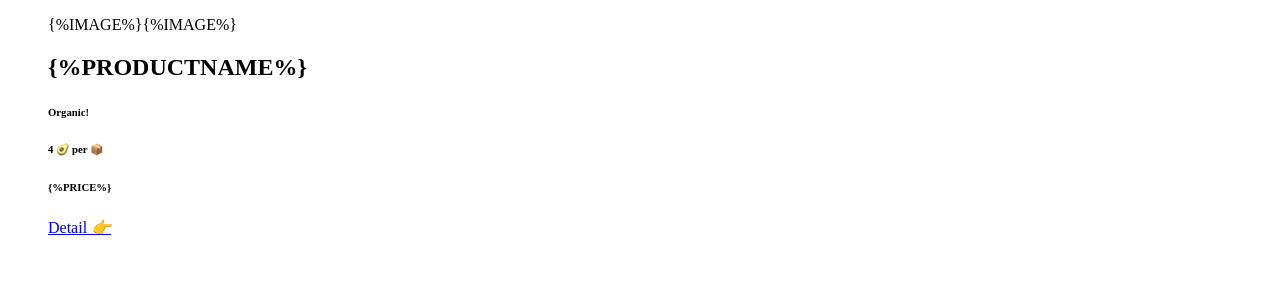
Repository: Tiantian-C/node2
Page: templates/template-card.html
The author's editor kept a copy of each file at every save. The page is drawn from the files as they stood at one save, then again after a run of saves.
The browser window is 1280 px wide. The pictures show the whole page.

Above is the page before, as saved 2023-07-15 16:54:00.

After the next 3 saves:
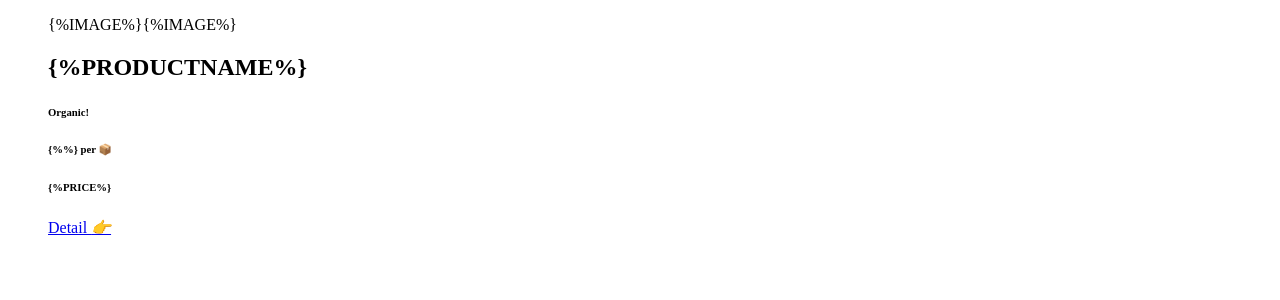
The 3 saves are shown as one change because they came seconds apart.
The last was saved 3 h 20 min later.
--- a/templates/template-card.html
+++ b/templates/template-card.html
@@ -11,7 +11,7 @@
     </div>
 
     <div class="card__detail-box">
-      <h6 class="card__detail">4 🥑 per 📦</h6>
+      <h6 class="card__detail">{%%} per 📦</h6>
     </div>
 
     <div class="card__detail-box">
